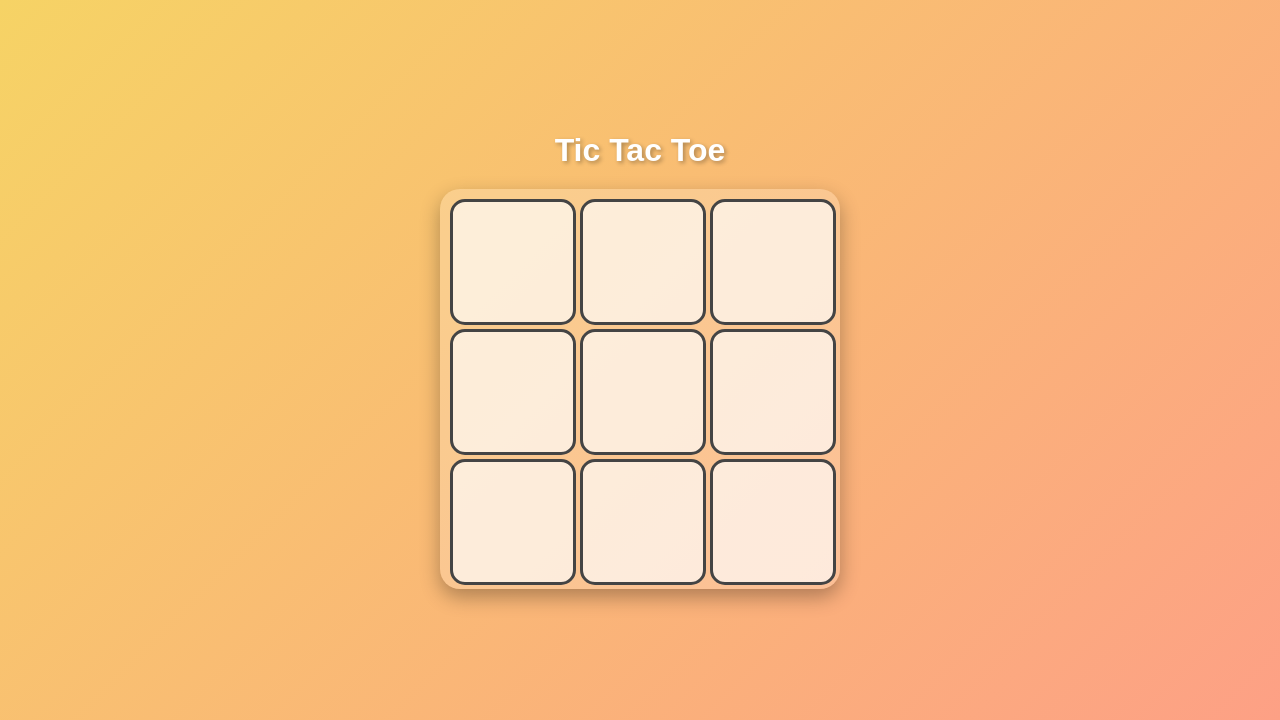
Repository: harshini0304/PRODIGY_WD_03
Page: index.html
These files come from the project's save history. The page is drawn as it stood at one moment and after the next save; the edit follows.
The browser window is 1280 px wide. The pictures show the whole page.
After loading, the first visible `button` was clicked once.

Above is the page before, as saved 2025-09-09 17:53:54.

### index.html
<!DOCTYPE html>
<html lang="en">
<head>
  <meta charset="UTF-8">
  <meta name="viewport" content="width=device-width, initial-scale=1.0">
  <title>Tic Tac Toe</title>
  <link rel="stylesheet" href="style.css">
</head>
<body>
  <h1>Tic Tac Toe</h1>

  <div id="modeSelection">
    <p>Select Mode:</p>
    <button onclick="startGame('hvh')">Human vs Human</button>
    <button onclick="startGame('hva')">Human vs AI</button>
  </div>

  <div id="board"></div>
  <div id="status"></div>
  <div id="playAgain" style="display:none;">
    <p>Play Again?</p>
    <button onclick="restartGame()">Yes</button>
    <button onclick="switchMode()">No / Switch Mode</button>
  </div>

  <script src="script.js"></script>
</body>
</html>

### style.css
/* Body & general layout */
body {
  font-family: 'Arial', sans-serif;
  background: linear-gradient(135deg, #f6d365, #fda085);
  display: flex;
  flex-direction: column;
  align-items: center;
  justify-content: center;
  height: 100vh;
  margin: 0;
  padding: 0;
}

h1 {
  margin-bottom: 20px;
  color: #fff;
  text-shadow: 2px 2px 4px rgba(0,0,0,0.3);
}

/* Board styling */
#board {
  display: grid;
  grid-template-columns: repeat(3, 120px);
  grid-template-rows: repeat(3, 120px);
  gap: 10px;
  background: #fff3;
  padding: 10px;
  border-radius: 20px;
  box-shadow: 0 8px 20px rgba(0,0,0,0.3);
}

/* Each cell styling */
.cell {
  width: 120px;
  height: 120px;
  background: #ffffffaa;
  border-radius: 15px;
  border: 3px solid #444;
  font-size: 3rem;
  display: flex;
  align-items: center;
  justify-content: center;
  cursor: pointer;
  transition: all 0.3s ease;
}

/* Hover effect */
.cell:hover {
  background: #fffa;
  transform: scale(1.05);
  box-shadow: 0 4px 15px rgba(0,0,0,0.3);
}

/* Taken cells */
.cell.taken {
  cursor: not-allowed;
  color: #333;
}

/* Status text */
#status {
  margin-top: 20px;
  font-size: 1.5rem;
  font-weight: bold;
  color: #fff;
  text-shadow: 1px 1px 2px rgba(0,0,0,0.4);
}

/* Restart button */
button {
  margin-top: 20px;
  padding: 12px 25px;
  font-size: 1.1rem;
  cursor: pointer;
  border: none;
  border-radius: 12px;
  background: linear-gradient(45deg, #6a11cb, #2575fc);
  color: white;
  font-weight: bold;
  transition: all 0.3s ease;
}

button:hover {
  transform: scale(1.05);
  box-shadow: 0 6px 15px rgba(0,0,0,0.3);
}

/* Winning highlight animation */
.cell.winner {
  background: linear-gradient(45deg, #ff9a9e, #fad0c4);
  color: #fff;
  animation: blink 0.8s infinite alternate;
}

@keyframes blink {
  0% { transform: scale(1); }
  50% { transform: scale(1.1); }
  100% { transform: scale(1); }
}

### script.js
const board = Array(9).fill('');
const human = 'X';
const ai = 'O';
let gameOver = false;
let currentPlayer = human;
let mode = ''; // 'hvh' or 'hva'

const boardContainer = document.getElementById('board');
const statusText = document.getElementById('status');
const modeDiv = document.getElementById('modeSelection');
const restartBtn = document.querySelector('button');

// Winning combinations
const winCombos = [
  [0,1,2],[3,4,5],[6,7,8],
  [0,3,6],[1,4,7],[2,5,8],
  [0,4,8],[2,4,6]
];

function startGame(selectedMode) {
  mode = selectedMode;
  modeDiv.style.display = 'none';
  boardContainer.style.display = 'grid';
  restartBtn.style.display = 'inline-block';
  createBoard();
}

// Create board UI
function createBoard() {
  boardContainer.innerHTML = '';
  board.forEach((val, i) => {
    const cell = document.createElement('div');
    cell.classList.add('cell');
    if (val) {
      cell.textContent = val;
      cell.classList.add('taken');
    }
    cell.addEventListener('click', () => playerMove(i));
    boardContainer.appendChild(cell);
  });
}

// Check winner
function checkWinner(b, player) {
  return winCombos.some(combo => combo.every(i => b[i] === player));
}

function emptyCells(b) {
  return b.map((v, i) => v === '' ? i : null).filter(v => v !== null);
}

// Minimax AI for Human vs AI mode
function minimax(b, depth, isMax, alpha, beta) {
  if (checkWinner(b, ai)) return 10 - depth;
  if (checkWinner(b, human)) return depth - 10;
  if (emptyCells(b).length === 0) return 0;

  if (isMax) {
    let best = -Infinity;
    for (let i of emptyCells(b)) {
      b[i] = ai;
      let val = minimax(b, depth + 1, false, alpha, beta);
      b[i] = '';
      best = Math.max(best, val);
      alpha = Math.max(alpha, best);
      if (beta <= alpha) break;
    }
    return best;
  } else {
    let best = Infinity;
    for (let i of emptyCells(b)) {
      b[i] = human;
      let val = minimax(b, depth + 1, true, alpha, beta);
      b[i] = '';
      best = Math.min(best, val);
      beta = Math.min(beta, best);
      if (beta <= alpha) break;
    }
    return best;
  }
}

function bestMove() {
  let bestVal = -Infinity;
  let move;
  for (let i of emptyCells(board)) {
    board[i] = ai;
    let val = minimax(board, 0, false, -Infinity, Infinity);
    board[i] = '';
    if (val > bestVal) {
      bestVal = val;
      move = i;
    }
  }
  return move;
}

function playerMove(index) {
  if (board[index] !== '' || gameOver) return;

  if (mode === 'hvh') {
    // Human vs Human
    board[index] = currentPlayer;
    if (checkWinner(board, currentPlayer)) {
      statusText.textContent = `${currentPlayer} Wins 🎉`;
      gameOver = true;
    } else if (emptyCells(board).length === 0) {
      statusText.textContent = "It's a Tie 😐";
      gameOver = true;
    } else {
      currentPlayer = currentPlayer === human ? ai : human;
    }
  } else if (mode === 'hva') {
    // Human vs AI
    board[index] = human;
    if (checkWinner(board, human)) {
      statusText.textContent = "You Win 🎉";
      gameOver = true;
    } else if (emptyCells(board).length === 0) {
      statusText.textContent = "It's a Tie 😐";
      gameOver = true;
    } else {
      let aiIndex = bestMove();
      board[aiIndex] = ai;
      if (checkWinner(board, ai)) {
        statusText.textContent = "AI Wins 🤖";
        gameOver = true;
      } else if (emptyCells(board).length === 0) {
        statusText.textContent = "It's a Tie 😐";
        gameOver = true;
      }
    }
  }
  createBoard();
}

function restartGame() {
  for (let i = 0; i < 9; i++) board[i] = '';
  gameOver = false;
  currentPlayer = human;
  statusText.textContent = '';
  createBoard();
  if (modeDiv) {
    modeDiv.style.display = 'block';
    boardContainer.style.display = 'none';
    restartBtn.style.display = 'none';
  }
}

After the next save:
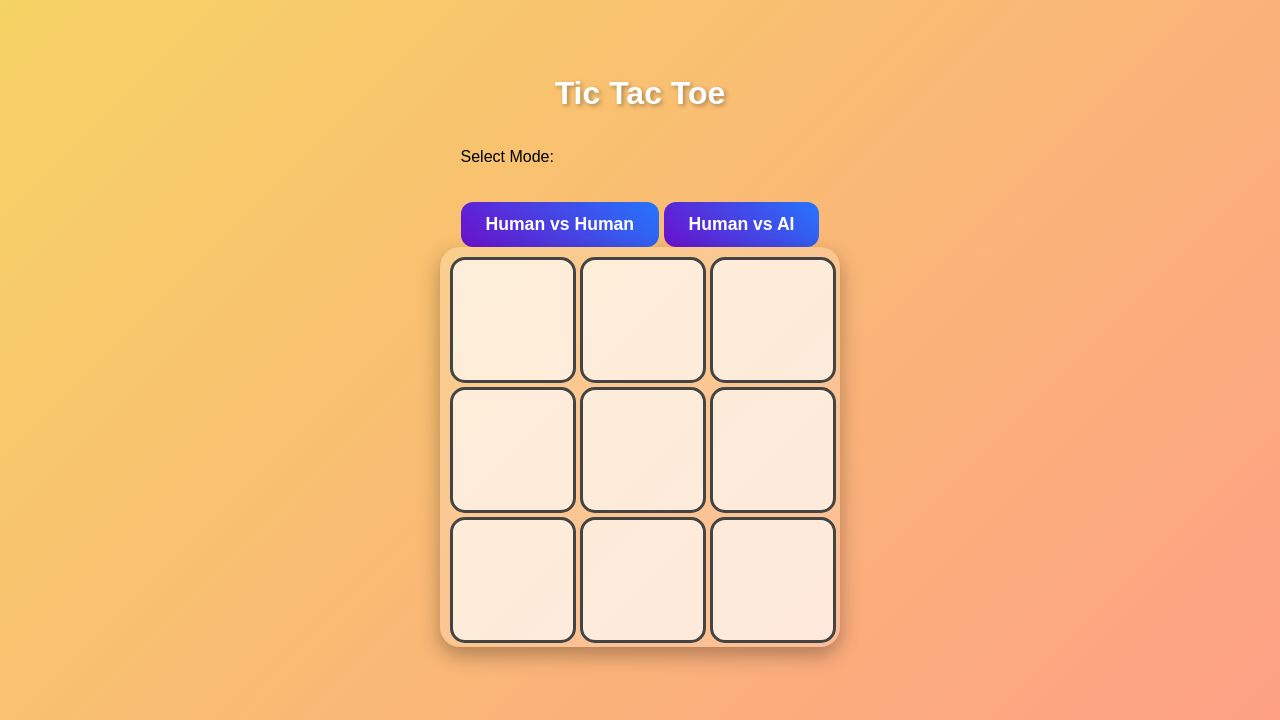
Saved 21 s later.
--- a/script.js
+++ b/script.js
@@ -8,7 +8,7 @@ let mode = ''; // 'hvh' or 'hva'
 const boardContainer = document.getElementById('board');
 const statusText = document.getElementById('status');
 const modeDiv = document.getElementById('modeSelection');
-const restartBtn = document.querySelector('button');
+const playAgainDiv = document.getElementById('playAgain');
 
 // Winning combinations
 const winCombos = [
@@ -19,10 +19,13 @@ const winCombos = [
 
 function startGame(selectedMode) {
   mode = selectedMode;
-  modeDiv.style.display = 'none';
+  currentPlayer = human;
+  gameOver = false;
+  statusText.textContent = '';
+  playAgainDiv.style.display = 'none';
+  modeDiv.style.display = 'block'; // keep visible for switching modes
   boardContainer.style.display = 'grid';
-  restartBtn.style.display = 'inline-block';
-  createBoard();
+  restartBoard();
 }
 
 // Create board UI
@@ -38,6 +41,11 @@ function createBoard() {
     cell.addEventListener('click', () => playerMove(i));
     boardContainer.appendChild(cell);
   });
+}
+
+function restartBoard() {
+  for (let i = 0; i < 9; i++) board[i] = '';
+  createBoard();
 }
 
 // Check winner
@@ -99,50 +107,60 @@ function playerMove(index) {
   if (board[index] !== '' || gameOver) return;
 
   if (mode === 'hvh') {
-    // Human vs Human
     board[index] = currentPlayer;
     if (checkWinner(board, currentPlayer)) {
       statusText.textContent = `${currentPlayer} Wins 🎉`;
-      gameOver = true;
+      endGame();
     } else if (emptyCells(board).length === 0) {
       statusText.textContent = "It's a Tie 😐";
-      gameOver = true;
+      endGame();
     } else {
       currentPlayer = currentPlayer === human ? ai : human;
     }
   } else if (mode === 'hva') {
-    // Human vs AI
     board[index] = human;
     if (checkWinner(board, human)) {
       statusText.textContent = "You Win 🎉";
-      gameOver = true;
+      endGame();
     } else if (emptyCells(board).length === 0) {
       statusText.textContent = "It's a Tie 😐";
-      gameOver = true;
+      endGame();
     } else {
       let aiIndex = bestMove();
       board[aiIndex] = ai;
       if (checkWinner(board, ai)) {
         statusText.textContent = "AI Wins 🤖";
-        gameOver = true;
+        endGame();
       } else if (emptyCells(board).length === 0) {
         statusText.textContent = "It's a Tie 😐";
-        gameOver = true;
+        endGame();
       }
     }
   }
+
   createBoard();
 }
 
+function endGame() {
+  gameOver = true;
+  playAgainDiv.style.display = 'block';
+}
+
+// Restart current mode
 function restartGame() {
-  for (let i = 0; i < 9; i++) board[i] = '';
   gameOver = false;
   currentPlayer = human;
   statusText.textContent = '';
-  createBoard();
-  if (modeDiv) {
-    modeDiv.style.display = 'block';
-    boardContainer.style.display = 'none';
-    restartBtn.style.display = 'none';
-  }
+  playAgainDiv.style.display = 'none';
+  restartBoard();
 }
+
+// Switch mode
+function switchMode() {
+  gameOver = false;
+  currentPlayer = human;
+  statusText.textContent = '';
+  playAgainDiv.style.display = 'none';
+  boardContainer.style.display = 'none';
+  restartBoard();
+}
